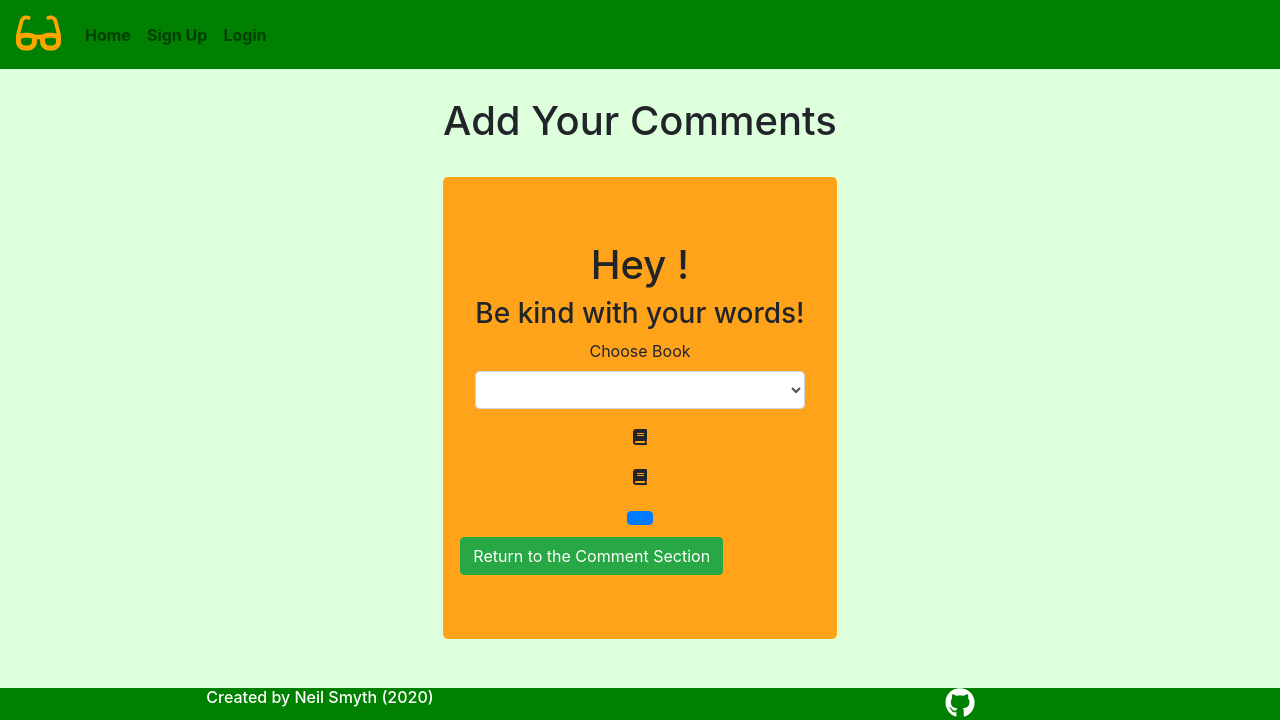
Repository: NeiloErnesto89/Data_Centric_Dev_Milestone_Project3
Page: templates/comment_form.html
The author's editor kept a record of every edit. The page is drawn from the files as they stood at one moment, then again after the next edit.
The browser window is 1280 px wide. The pictures show the whole page.
Some web libraries are served in a nearby version. The template is drawn by Flask 3. The application's start-up code is not run. Other server files are loaded and not shown. The template is opened directly, without the code that normally fills it, so the values that code supplies are empty.

Above is the page before.

### templates/comment_form.html
{% extends 'base.html' %} {% block content %}

<div class="container-fluid">

    <div class="row justify-content-center">

        <div class="col-md-12 text-center">
            <h1 class="add_header mt-3 mb-3">Add Your Comments</h1>
        </div>

        <div class="jumbotron text-center mt-3">
            <h1>Hey {{ user.username }} !</h1>

            <h3 class="title">Be kind with your words!</h3>

            <form method="POST" action="/comment_form">

                {{ form.hidden_tag() }}

                <div class="form-group">
                    <label for="exampleFormControlSelect1">Choose Book</label>
                    <select class="form-control" id="exampleFormControlSelect1">
                {% for book in books %}
                  <option>{{book.book_title}}</option>
                {% endfor %}
                </select>
                </div>

                <div class="form-group">
                    <i class="fas fa-book"></i>{{ form.book_title.label }} <br> {{ form.book_title(size=4) }} {% for error in form.book_title.errors %}
                    <span class="error">{{ error }}</span> {% endfor %}
                </div>

                <div class="form-group">
                    <i class="fas fa-book"></i> {{ form.user_comments.label }} <br> {{ form.user_comments(size=4) }} {% for error in form.user_comments.errors %}
                    <span class="error>{{ error }}</span> {% endfor %}
                </div>


                <button class=" btn btn-primary ">{{ form.submit() }} </button>
            </form>

            <div class="row">
            <div class='text-center mt-2'>
                    <a href="{{ url_for( 'all_comments') }} " class="btn btn-success ">Return to the Comment Section</a>
                </div>
                </div>
        </div>




    </div>

</div>

{% endblock %}

### templates/base.html
<!DOCTYPE html>
<html lang="en">

<head>
    <meta charset="UTF-8">
    <meta name="viewport" content="width=device-width, initial-scale=1.0">
    <meta http-equiv="X-UA-Compatible" content="ie=edge">

    <title>Book Reviews</title>

    <!-- Bootstrap -->
    <link rel="stylesheet" href="https://stackpath.bootstrapcdn.com/bootstrap/4.3.1/css/bootstrap.min.css" integrity="sha384-ggOyR0iXCbMQv3Xipma34MD+dH/1fQ784/j6cY/iJTQUOhcWr7x9JvoRxT2MZw1T" crossorigin="anonymous">

    <!-- Google Font-->

    <link href="https://fonts.googleapis.com/css?family=Montserrat:400,700" rel="stylesheet">

    <!-- Font Awesome-->

    <link rel="stylesheet" href="https://use.fontawesome.com/releases/v5.7.2/css/all.css" integrity="sha384-fnmOCqbTlWIlj8LyTjo7mOUStjsKC4pOpQbqyi7RrhN7udi9RwhKkMHpvLbHG9Sr" crossorigin="anonymous">

    <link rel="stylesheet" href="https://cdnjs.cloudflare.com/ajax/libs/font-awesome/4.7.0/css/font-awesome.min.css">

    <!-- CSS -->

    <link rel="stylesheet" href="{{url_for('static', filename='css/style.css')}}" type="text/css" />


</head>

<body>

<div class="cover-container d-flex mx-auto flex-column">

            <!--NavBar with Burger Icon-->

        <header class="nav-container">
            <nav class="navbar navbar-expand-lg navbar-light mb-1 text-center fixed-top">
                <a class="navbar-brand" data-target="#modalPopUp" data-toggle="modal"><i class="fas fa-glasses" style="font-size:40px;color:orange;"></i></a>
                <button class="navbar-toggler" type="button" data-toggle="collapse" data-target="#navbarTogglerDemo02" aria-controls="navbarTogglerDemo02" aria-expanded="false" aria-label="Toggle navigation">
                                <span class="navbar-toggler-icon"></span>
                              </button>
                <div class="collapse navbar-collapse" id="navbarTogglerDemo02">
                    <ul class="navbar-nav mr-auto mt-0 mt-lg-0">

                        <li class="nav-item">
                            <a class="nav-link" href="{{ url_for('index') }}"><b>Home</b></a>
                        </li>
                        <li class="nav-item">
                            <a class="nav-link" href="{{ url_for('signup') }}"><b>Sign Up</b></a>
                        </li>
                        <li class="nav-item">
                            <a class="nav-link" href="{{ url_for('login') }}"><b>Login</b></a>
                        </li>



                    </ul>
                </div>
            </nav>
        </header>

        <hr>

    <div class="container mt-5 mb-3">
            {% block content %}
            {% endblock %}
    </div>

    <hr>

        <!--FOOTER -->

        <div class="footer container-fluid">
            <div class="row justify-content-center">
                <div class="text-center col-xs-12 col-sm-6">

                    <h6>Created by Neil Smyth (2020)</h6>

                </div>
                <div class="text-center col-xs-12 col-sm-6">

                    <a href="https://github.com/NeiloErnesto89" target="_blank "><i class="fab fa-github" style="font-size:30px; color:white; "></i></a>

                </div>
            </div>
        </div> <!-- footer container-->

</div>    <!--Cover Container -->

    <!-- JQuery -->
    <script src="https://cdnjs.cloudflare.com/ajax/libs/jquery/3.2.1/jquery.min.js"></script>

    <!-- Bootstrap JS-->

    <script src="https://code.jquery.com/jquery-3.3.1.slim.min.js" integrity="sha384-q8i/X+965DzO0rT7abK41JStQIAqVgRVzpbzo5smXKp4YfRvH+8abtTE1Pi6jizo" crossorigin="anonymous"></script>
    <script src="https://cdnjs.cloudflare.com/ajax/libs/popper.js/1.14.7/umd/popper.min.js" integrity="sha384-UO2eT0CpHqdSJQ6hJty5KVphtPhzWj9WO1clHTMGa3JDZwrnQq4sF86dIHNDz0W1" crossorigin="anonymous"></script>
    <script src="https://stackpath.bootstrapcdn.com/bootstrap/4.3.1/js/bootstrap.min.js" integrity="sha384-JjSmVgyd0p3pXB1rRibZUAYoIIy6OrQ6VrjIEaFf/nJGzIxFDsf4x0xIM+B07jRM" crossorigin="anonymous"></script>

    <!-- JS File -->

    <script src="{{url_for('static', filename='js/script.js')}}"></script>


    <!--  <script type="text/javascript">
        $(document).ready(function() {
            $('.collapsible').collapsible();
        });
    </script>  -->
</body>

</html>

### static/css/style.css
body {
  background-color: #DEFFDC;
  display: flex;
 /* margin: 0; */
}

/*.cover-container {
  min-height: 100vh;
  padding-top: 70px;
  background-size: cover;
  align-items: center;
  justify-content: center;
  position: relative;
  overflow-x: hidden;
*/
  /*.nav-container {
    position: fixed;
    width: 100%;
    z-index: 1;
    top: 0;
    left: 0;
    padding-left: 0;
    padding-right: 0;
    margin-left: 0;
    margin-right: 0;
  } */

  .navbar {
    background-color: green;
  }

  .jumbotron {
    background-color: #ffa31a;
    margin-right: 3rem;
    margin-left: 3rem;
  }

  /* Paginate Button on All Reviews.html (taken from w3 schools*/
  .paginate {
    display: inline-block;
  }

  .paginate a {
    color: black;
    float: left;
    padding: 8px 16px;
    text-decoration: none;
    margin: 15px;
  }

  .paginate a.active {
    background-color: #4CAF50;
    color: white;
    border-radius: 5px;
  }

  .paginate a:hover:not(.active) {
    background-color: #ddd;
    border-radius: 5px;
  }

  /* all_reviews.html - book review cards*/
  .card {
    margin: 5px;
    border: 8px solid rgb(5, 187, 5);
    border-radius: 3rem;
  }

  /* Card Image */
  /*
  .card-img-top {
    width: 100%;
    height: 15vw;
    object-fit: cover;
}
  */

  /* MODAL */

  .modal {
    color: black;
    background-color: rgb(204, 255, 204, 0.8);
}

.modal-header {

    background-color: rgb(204, 255, 204);
    opacity: 0.8;

}

.modal-title {
    font-size: 34px;
    font-weight: bold;
    text-align: center;
    margin-left: 45px;
    padding: 5px;
    text-decoration: underline;
}


.modal-body {
    font-size: 15px;
    font-weight: bold;
    color: white;
    background-color: rgb(0, 153, 51);
    opacity: 0.8;
    text-align: center;
}

.modal-footer {
    background-color: rgb(204, 255, 204);
    opacity: 0.8;
}

.modal-header .close {
    margin: -10px;
}


  .footer {
    position: fixed;
    left: 0;
    bottom: 0;
    width: 100%;
    background-color: green;
    color: white;
    text-align: center;
  }

### static/js/script.js
/*$(document).ready(function() {

    $('#popUpModal').modal('show');
}); */

$(function () {
  $('[data-toggle="tooltip"]').tooltip()
})

After the next edit:
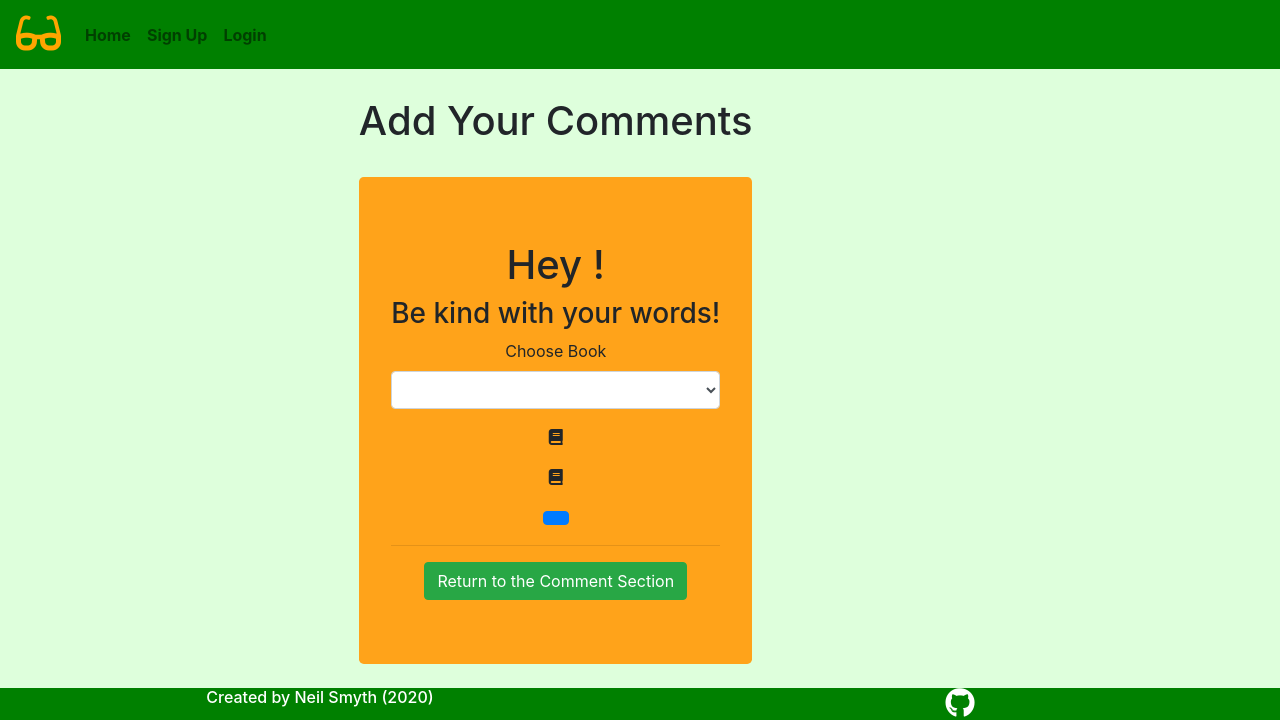
The edit:
--- a/templates/comment_form.html
+++ b/templates/comment_form.html
@@ -39,8 +39,8 @@
 
                 <button class=" btn btn-primary ">{{ form.submit() }} </button>
             </form>
+            <hr>
 
-            <div class="row">
             <div class='text-center mt-2'>
                     <a href="{{ url_for( 'all_comments') }} " class="btn btn-success ">Return to the Comment Section</a>
                 </div>
